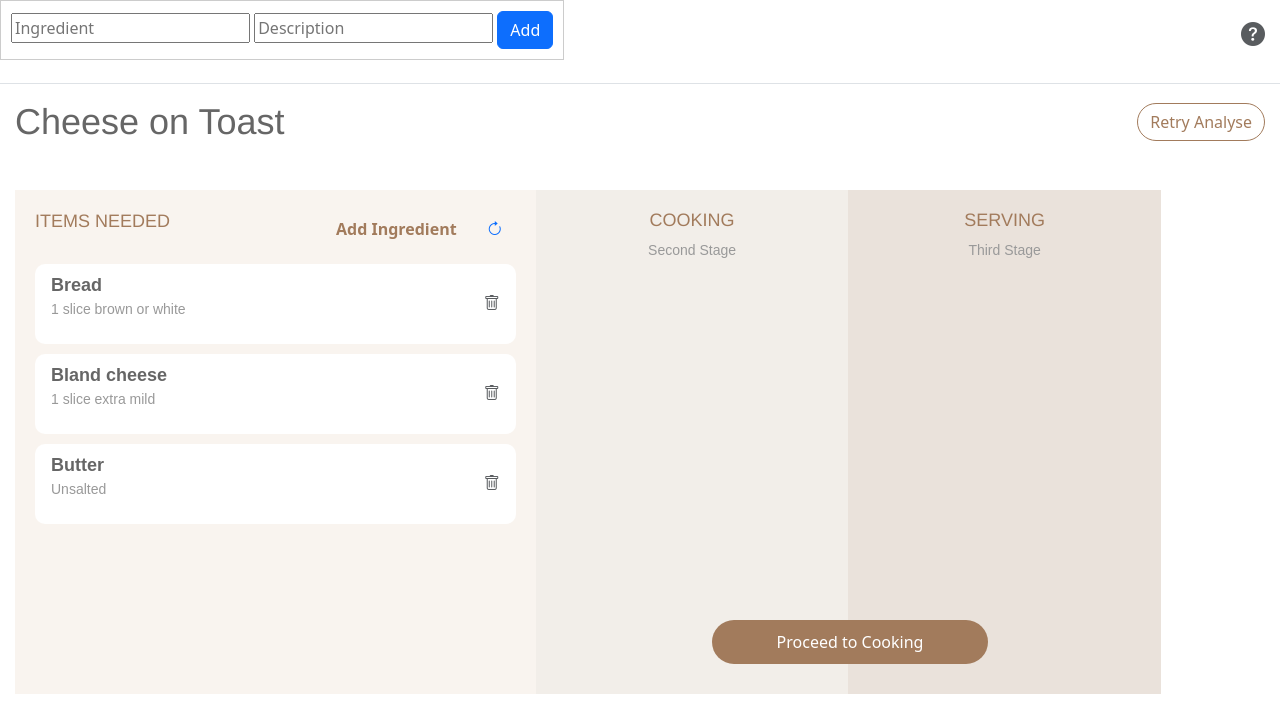
Repository: devashrisamani/SMC
Page: index.html
The author's editor kept a copy of each file at every save. The page is drawn from the files as they stood at one save, then again after the next save.
The browser window is 1280 px wide. The pictures show the whole page.
After loading, the first visible `button.btn-link` was clicked once.
Pictures or frames that could not be fetched are drawn as grey boxes.

Above is the page before, as saved 2024-10-09 17:07:05.

After the next save:
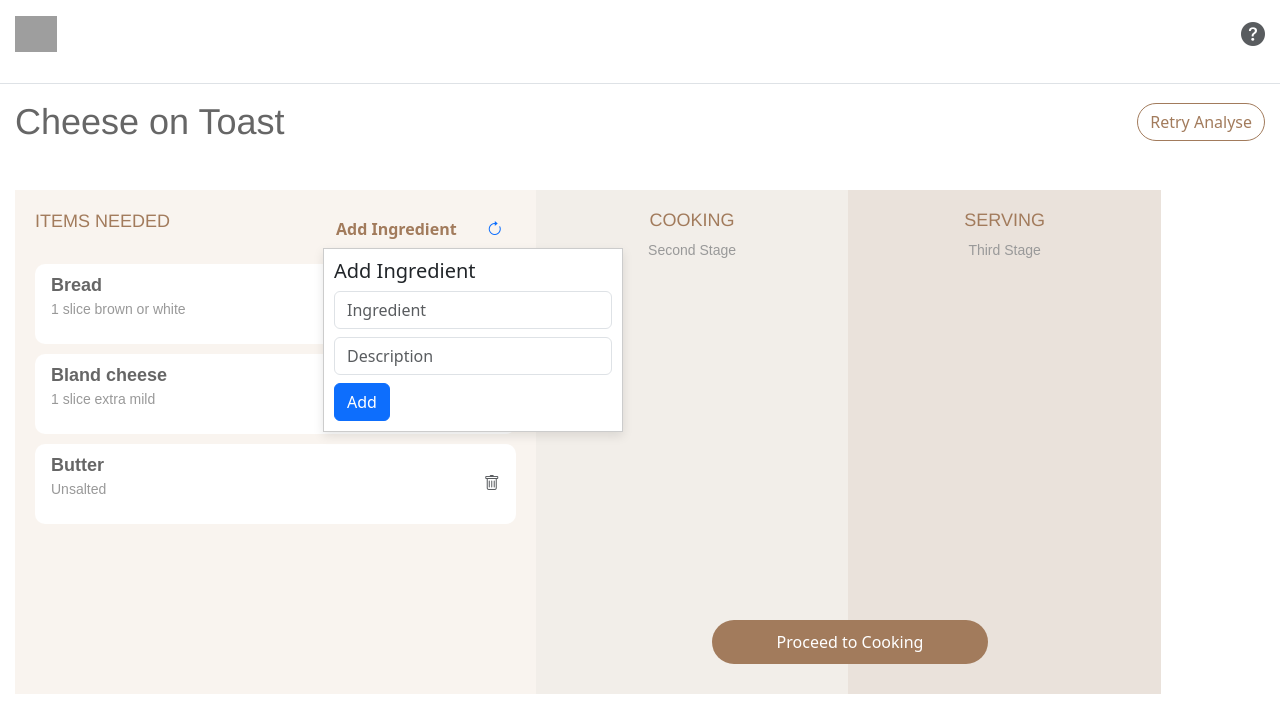
Saved 2 min 17 s later.
--- a/index.html
+++ b/index.html
@@ -21,10 +21,20 @@
         border: 1px solid #ccc;
         padding: 10px;
         z-index: 1000;
+        width: 300px;
+        box-shadow: 0px 4px 10px rgba(0, 0, 0, 0.1);
       }
 
       .ingredient-list {
         position: relative;
+      }
+
+      .items-needed {
+        position: relative;
+      }
+
+      .popup-open {
+        display: block;
       }
     </style>
   </head>
@@ -104,8 +114,19 @@
 
     <!-- Add Ingredient Popup -->
     <div class="add-ingredient-popup">
-      <input type="text" id="new-ingredient" placeholder="Ingredient" />
-      <input type="text" id="new-description" placeholder="Description" />
+      <h5>Add Ingredient</h5>
+      <input
+        type="text"
+        id="new-ingredient"
+        placeholder="Ingredient"
+        class="form-control mb-2"
+      />
+      <input
+        type="text"
+        id="new-description"
+        placeholder="Description"
+        class="form-control mb-2"
+      />
       <button class="btn btn-primary" id="submit-ingredient">Add</button>
     </div>
 
@@ -200,11 +221,12 @@
         }
       });
 
-      // Show the add ingredient popup
+      // Show the add ingredient popup within the rectangle
       addIngredientButton.addEventListener("click", (e) => {
-        popup.style.display = "block";
-        popup.style.top = `${e.clientY + window.scrollY}px`;
-        popup.style.left = `${e.clientX}px`;
+        const buttonRect = addIngredientButton.getBoundingClientRect();
+        popup.style.top = `${buttonRect.bottom + window.scrollY}px`;
+        popup.style.left = `${buttonRect.left + window.scrollX}px`;
+        popup.classList.add("popup-open");
       });
 
       // Refresh button to reset hardcoded ingredients
@@ -220,8 +242,13 @@
           !popup.contains(e.target) &&
           !addIngredientButton.contains(e.target)
         ) {
-          popup.style.display = "none";
+          popup.classList.remove("popup-open");
         }
+      });
+
+      // Prevent popup from closing when clicking inside the popup
+      popup.addEventListener("click", (e) => {
+        e.stopPropagation();
       });
 
       // Initialize with hardcoded ingredients

After the save that followed:
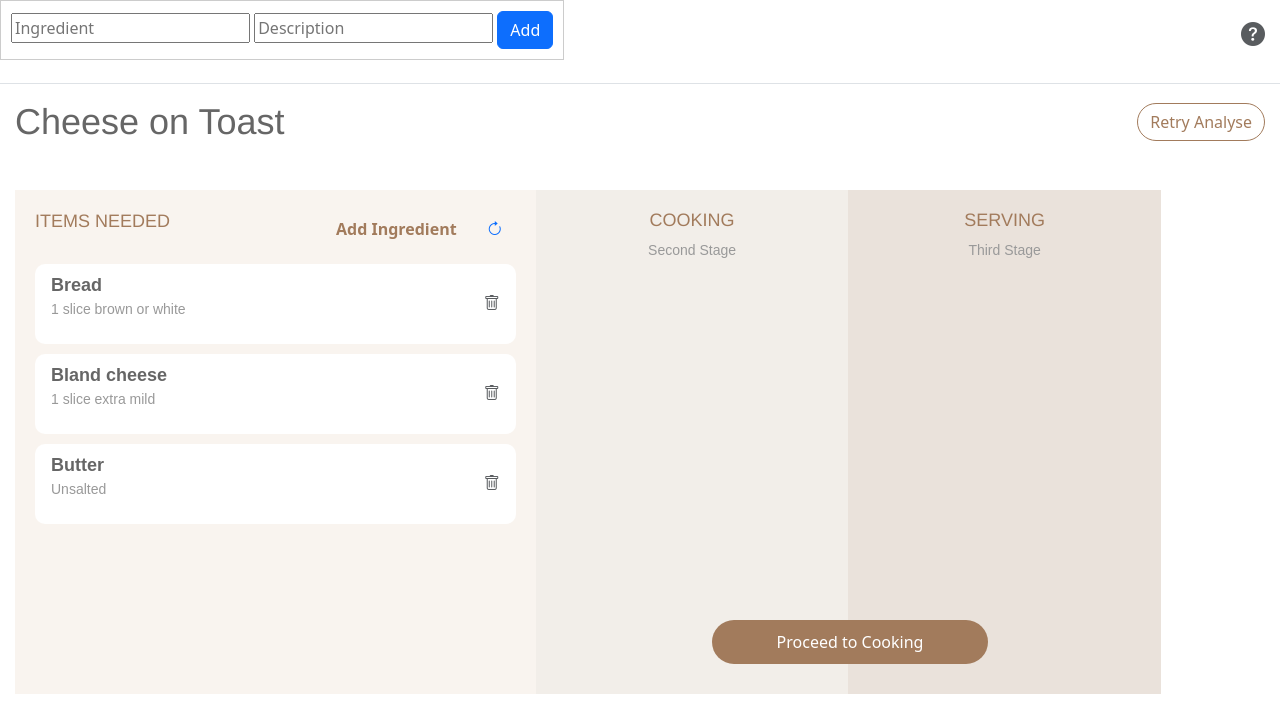
Saved 29 s later.
--- a/index.html
+++ b/index.html
@@ -21,20 +21,10 @@
         border: 1px solid #ccc;
         padding: 10px;
         z-index: 1000;
-        width: 300px;
-        box-shadow: 0px 4px 10px rgba(0, 0, 0, 0.1);
       }
 
       .ingredient-list {
         position: relative;
-      }
-
-      .items-needed {
-        position: relative;
-      }
-
-      .popup-open {
-        display: block;
       }
     </style>
   </head>
@@ -114,19 +104,8 @@
 
     <!-- Add Ingredient Popup -->
     <div class="add-ingredient-popup">
-      <h5>Add Ingredient</h5>
-      <input
-        type="text"
-        id="new-ingredient"
-        placeholder="Ingredient"
-        class="form-control mb-2"
-      />
-      <input
-        type="text"
-        id="new-description"
-        placeholder="Description"
-        class="form-control mb-2"
-      />
+      <input type="text" id="new-ingredient" placeholder="Ingredient" />
+      <input type="text" id="new-description" placeholder="Description" />
       <button class="btn btn-primary" id="submit-ingredient">Add</button>
     </div>
 
@@ -221,12 +200,11 @@
         }
       });
 
-      // Show the add ingredient popup within the rectangle
+      // Show the add ingredient popup
       addIngredientButton.addEventListener("click", (e) => {
-        const buttonRect = addIngredientButton.getBoundingClientRect();
-        popup.style.top = `${buttonRect.bottom + window.scrollY}px`;
-        popup.style.left = `${buttonRect.left + window.scrollX}px`;
-        popup.classList.add("popup-open");
+        popup.style.display = "block";
+        popup.style.top = `${e.clientY + window.scrollY}px`;
+        popup.style.left = `${e.clientX}px`;
       });
 
       // Refresh button to reset hardcoded ingredients
@@ -242,13 +220,8 @@
           !popup.contains(e.target) &&
           !addIngredientButton.contains(e.target)
         ) {
-          popup.classList.remove("popup-open");
+          popup.style.display = "none";
         }
-      });
-
-      // Prevent popup from closing when clicking inside the popup
-      popup.addEventListener("click", (e) => {
-        e.stopPropagation();
       });
 
       // Initialize with hardcoded ingredients
